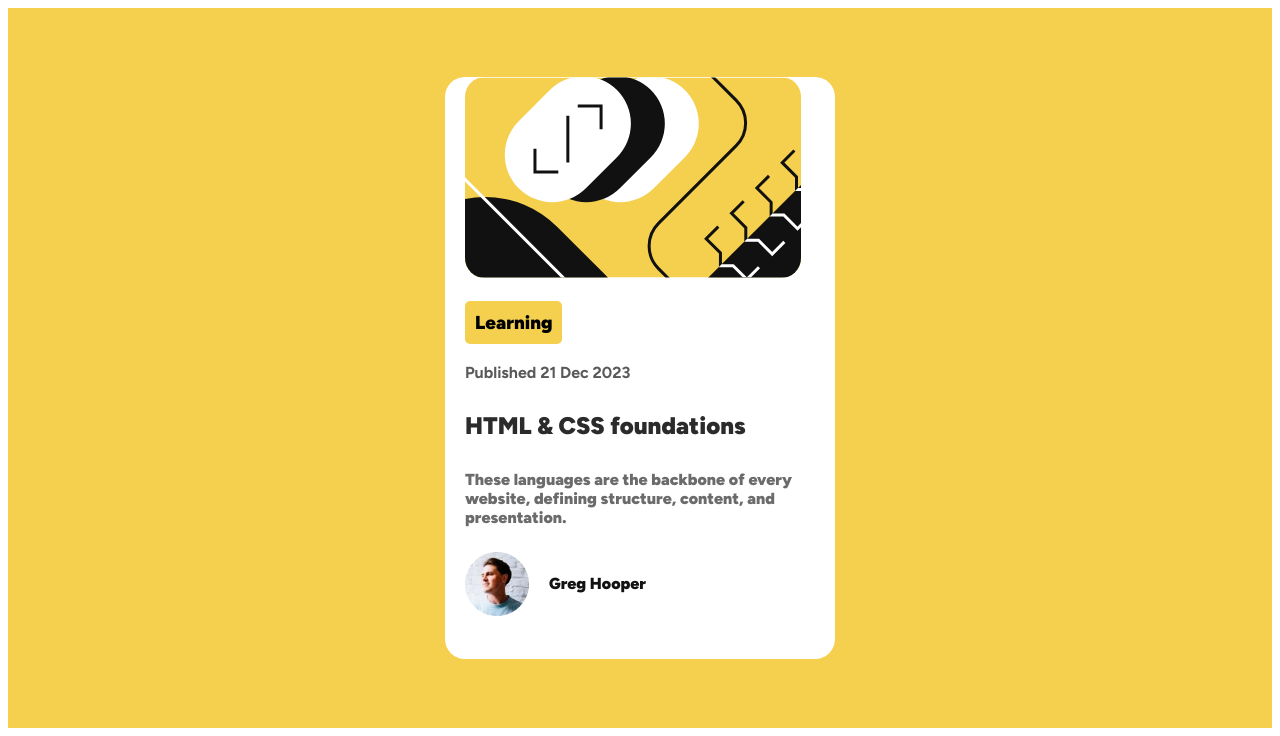
Repository: reemoon-ctrl/blog-preview-card
Page: index.html
These files come from the project's save history. The page is drawn as it stood at one moment and after the next save; the edit follows.
The browser window is 1280 px wide. The pictures show the whole page.

Above is the page before, as saved 2024-07-19 15:11:48.

### index.html
<!DOCTYPE html>
<html>
    <head>
        <title>Frontend Mentor | Blog preview card</title>
        <link rel="stylesheet" href="index.css" />
        <style>
            @import url('https://fonts.googleapis.com/css2?family=Figtree:ital,wght@0,300..900;1,300..900&display=swap');
        </style>


    </head>
    <body>
        <article class="blog-card-article">
            <div class="blog-card">
                <img class="blog-img"src="img\illustration-article.svg" alt="illustration-article" />
                <h3 class="blog-category">Learning</h3>
                <b class="blog-date">Published 21 Dec 2023</b>
                <h1 class="blog-title">HTML & CSS foundations</h1>
                <b class="blog-discrip">These languages are the backbone of every website, defining structure, content, and presentation.</b>
                <h2 class="blog-author"><img  src="img\image-avatar.webp" alt="Greg Hooper avatar"/>Greg Hooper</h2>
            </div>
        </article>

    </body>
</html>

### index.css
.blog-card-article{
    min-height: 100vh;
    display: flex;
    align-items:center;
    justify-content: center;
    background-color: hsl(47, 88%, 63%);


}

.blog-card{
    background-color: white;
    padding: 0px 20px 20px 20px;
    border-radius: 20px;
    flex-basis: 390px;
}

.blog-img{
    border-radius: 20px;


}

.blog-category{

    background-color: hsl(47, 88%, 63%);
    width:fit-content;
    border-radius: 5px;
    padding: 10px 10px;
    font-family: "Figtree", sans-serif;
    font-optical-sizing: auto;
    font-weight: 900;
    font-style:normal;



}

.blog-date{
    color: hsl(0, 0%, 35%);
    padding: 10px 0;
    font-family: "Figtree", sans-serif;
    font-optical-sizing: auto;
    font-weight: 700;
    font-style: normal;

}

.blog-title{
    padding: 10px 0;
    font-family: "Figtree", sans-serif;
    font-optical-sizing: auto;
    font-weight: 900;
    font-style: normal;
    color: hsl(0, 0%, 17%);

}
.blog-discrip{
    color:hsl(0, 0%, 42%);
    padding: 10px 0px;
    font-family: "Figtree", sans-serif;
    font-optical-sizing: auto;
    font-weight: 900;
    font-style: normal;

}

.blog-author{

    display: flex;
    align-items:center;
    padding: 10px 0px;
    gap: 20px;
    font-family: "Figtree", sans-serif;
    font-optical-sizing: auto;
    font-weight:900;
    font-style: normal;
    color: hsl(0, 0%, 7%);
    font-size: 16px;

}
*{
    box-sizing: border-box;
}

After the next save:
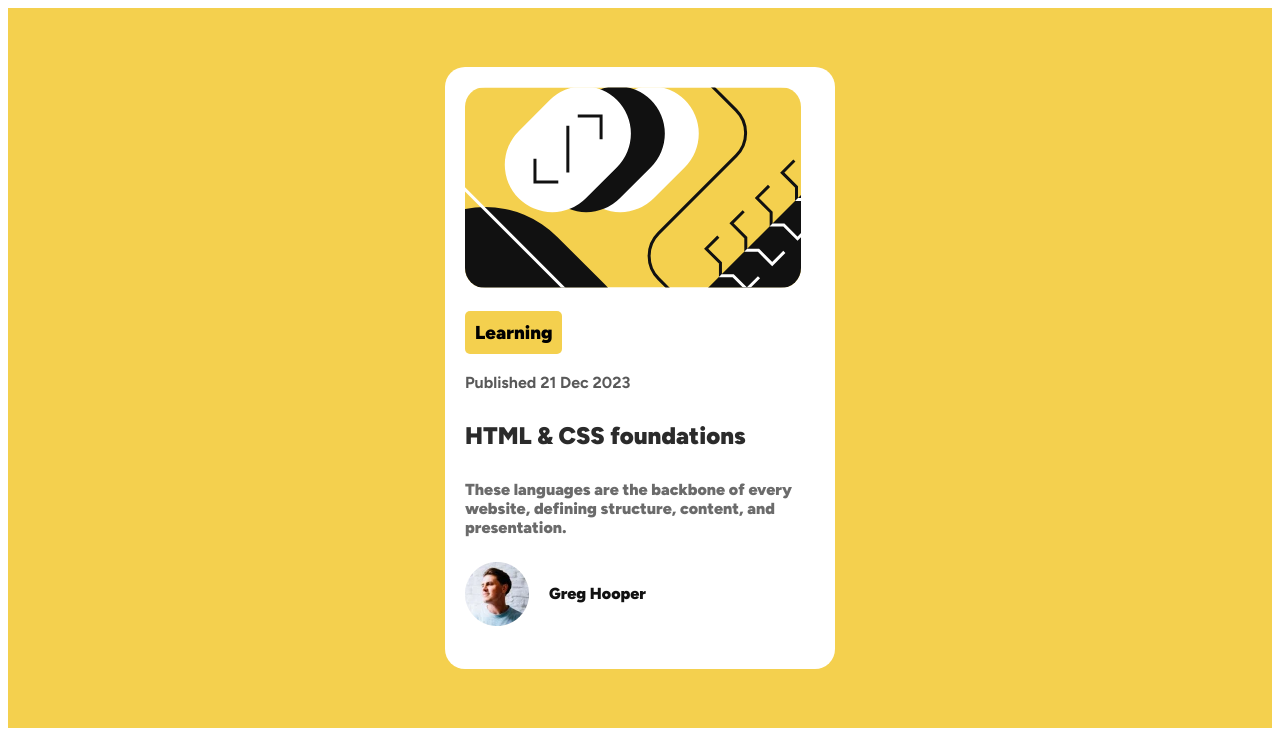
Saved 12 s later.
--- a/index.css
+++ b/index.css
@@ -10,7 +10,7 @@
 
 .blog-card{
     background-color: white;
-    padding: 0px 20px 20px 20px;
+    padding: 20px 20px 20px 20px;
     border-radius: 20px;
     flex-basis: 390px;
 }
